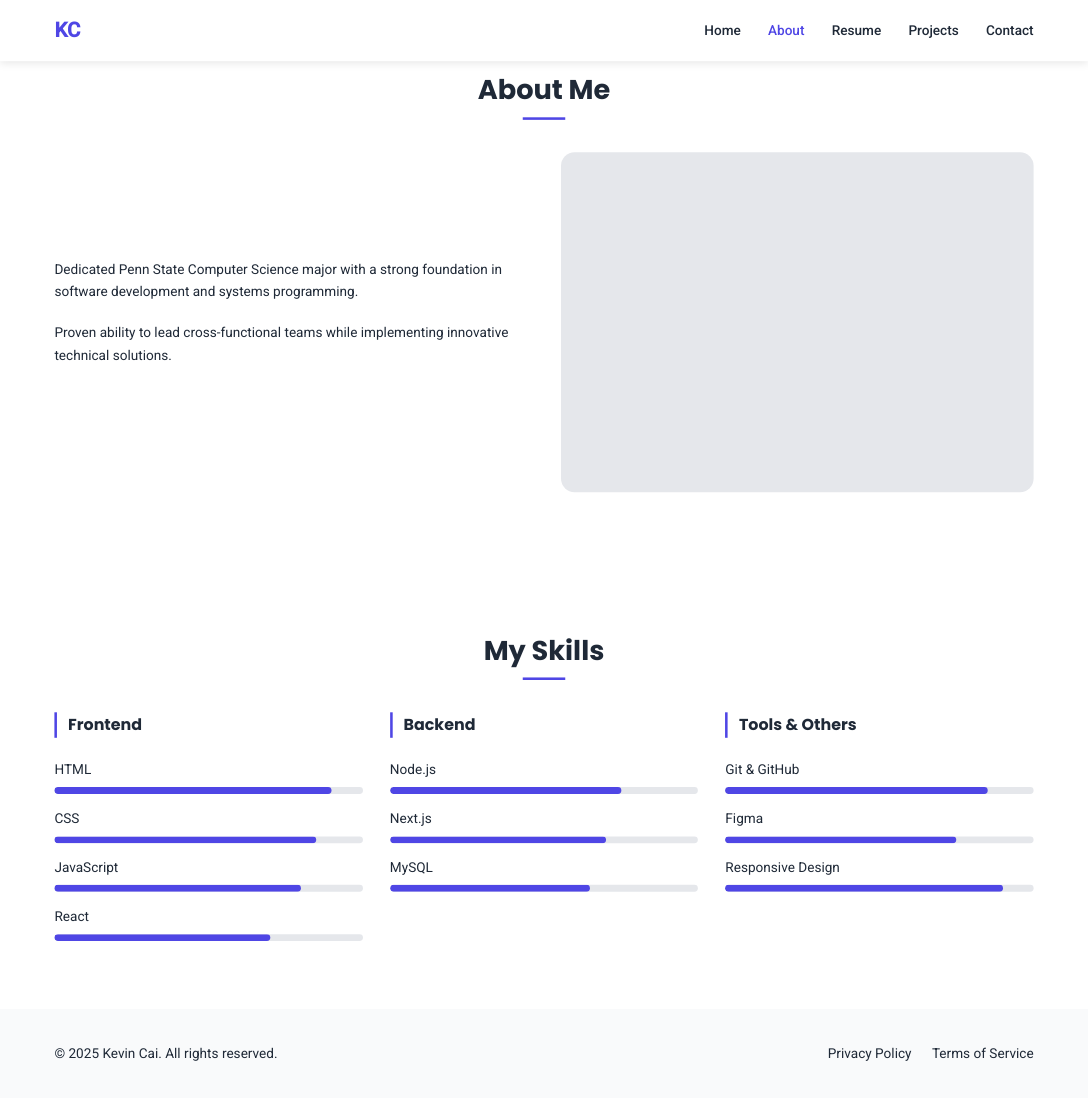
Repository: itskevbo/E-Portfolio
Page: pages/about.html
The author's editor kept a copy of each file at every save. The page is drawn from the files as they stood at one save, then again after a run of saves.
The browser window is 1280 px wide. The pictures show the whole page, at 85% of full size.

Above is the page before, as saved 2025-04-22 22:10:53.

After the next 2 saves:
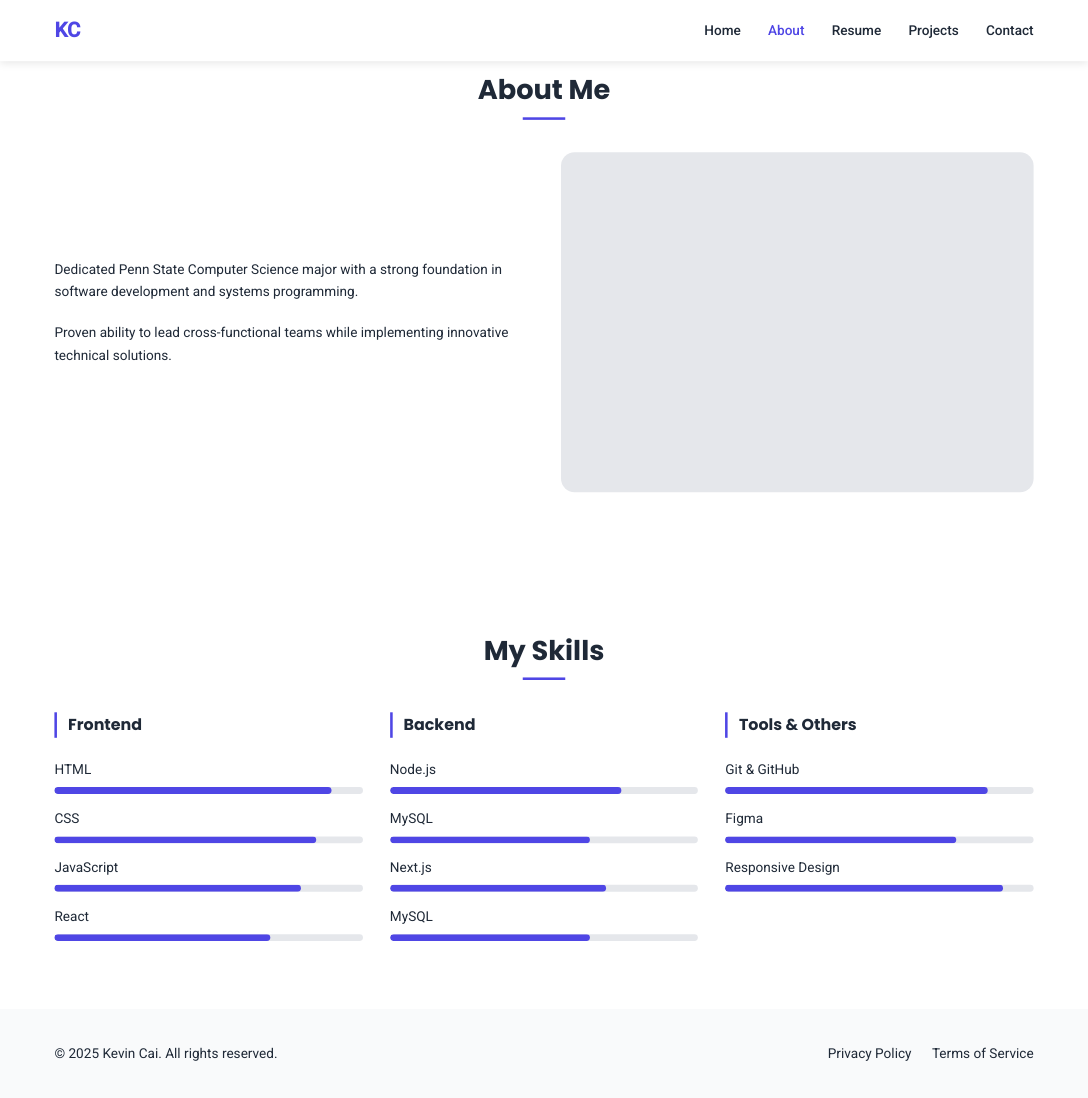
The 2 saves are shown as one change because they came seconds apart.
The last was saved 10 s later.
--- a/pages/about.html
+++ b/pages/about.html
@@ -106,6 +106,12 @@
                                 </div>
                             </div>
                             <div class="skill-item">
+                                <span class="skill-item__name">MySQL</span>
+                                <div class="skill-item__bar">
+                                    <div class="skill-item__progress" style="width: 65%"></div>
+                                </div>
+                            </div>
+                            <div class="skill-item">
                                 <span class="skill-item__name">Next.js</span>
                                 <div class="skill-item__bar">
                                     <div class="skill-item__progress" style="width: 70%"></div>
